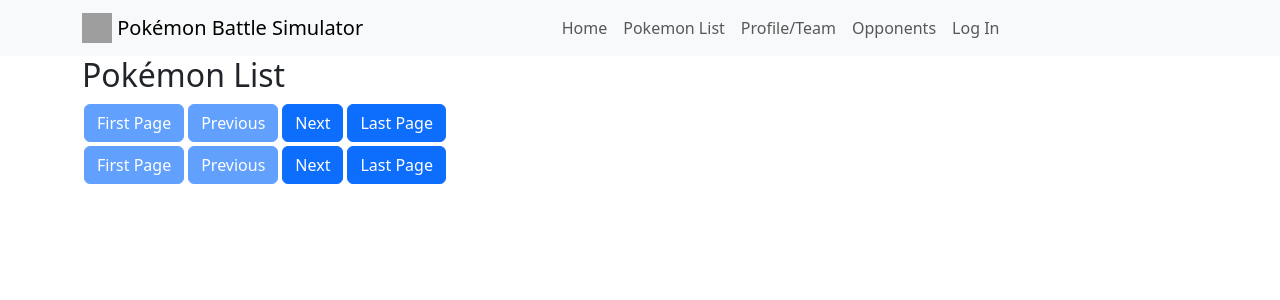
Repository: chsbca/Pokemon-Battle-Simulator
Page: /pokemon_list/ (app in front-end/)
An editor plug-in stored every save of this project. The page is shown before and after a run of saves, followed by the edit.
The browser window is 1280 px wide. The pictures show the whole page.
Pictures or frames that could not be fetched are drawn as grey boxes. The page's requests for data from a server got no answer. The project was rebuilt for these pictures with package versions that can differ from the ones it lists, and the page was loaded fresh each time. No one was signed in, and anything a server would have sent is missing. Also part of the build but not shown: front-end/vite.config.js, front-end/src/components/ProtectedRoute.jsx, front-end/src/pages/Error404Page.jsx, front-end/src/pages/HomePage.jsx, front-end/src/pages/ProfilePage.jsx, front-end/src/pages/OpponentsPage.jsx, front-end/src/pages/LoginPage.jsx, front-end/src/pages/SignUpPage.jsx and 1 more.

Above is the page before, as saved 2024-04-17 13:01:38.

After the next 3 saves:
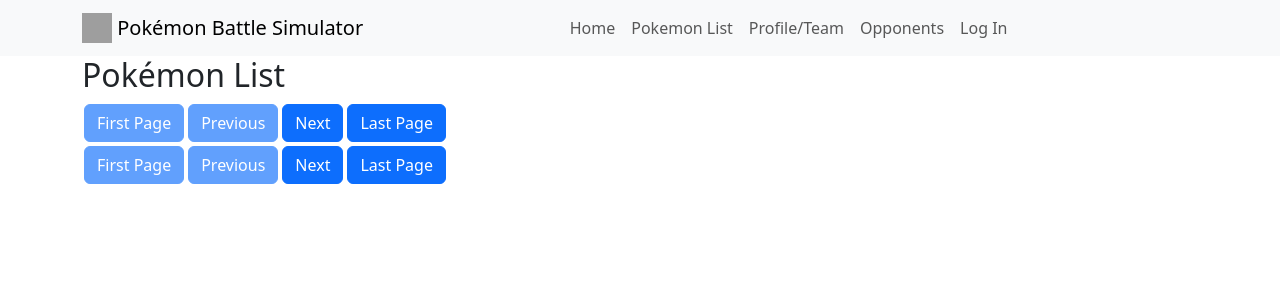
The 3 saves are shown as one change because they came seconds apart.
The last was saved 2 min 33 s later.
--- a/front-end/src/components/Navbar.jsx
+++ b/front-end/src/components/Navbar.jsx
@@ -30,9 +30,9 @@
 
   return (
     <>
-      <Navbar expand="lg" className='bg-body-tertiary' style={{ justifyContent: 'center' }}>
+      <Navbar expand="lg" className='bg-body-tertiary' >
         <Container>
-          <Navbar.Brand as={Link} to="/" style={{ marginRight: 'auto', marginLeft: 'auto' }}>
+          <Navbar.Brand as={Link} to="/" style={{ justifyContent: 'center' }}>
             <img
               alt=""
               src="/pokeball_icon.svg.png"

After the 3 saves that followed:
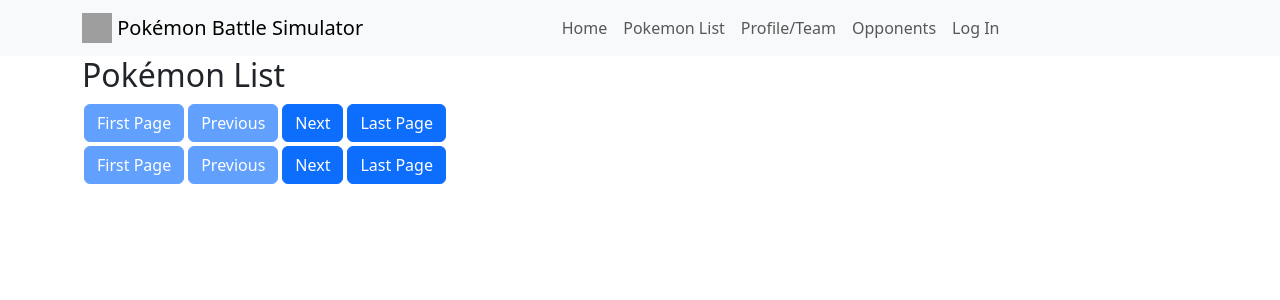
The 3 saves are shown as one change because 1 left the picture as it was and some came seconds apart.
The last was saved 54 s later.
--- a/front-end/src/components/Navbar.jsx
+++ b/front-end/src/components/Navbar.jsx
@@ -32,7 +32,7 @@
     <>
       <Navbar expand="lg" className='bg-body-tertiary' >
         <Container>
-          <Navbar.Brand as={Link} to="/" style={{ justifyContent: 'center' }}>
+          <Navbar.Brand as={Link} to="/" style={{ marginRight: 'auto', marginLeft: 'auto' }}>
             <img
               alt=""
               src="/pokeball_icon.svg.png"
